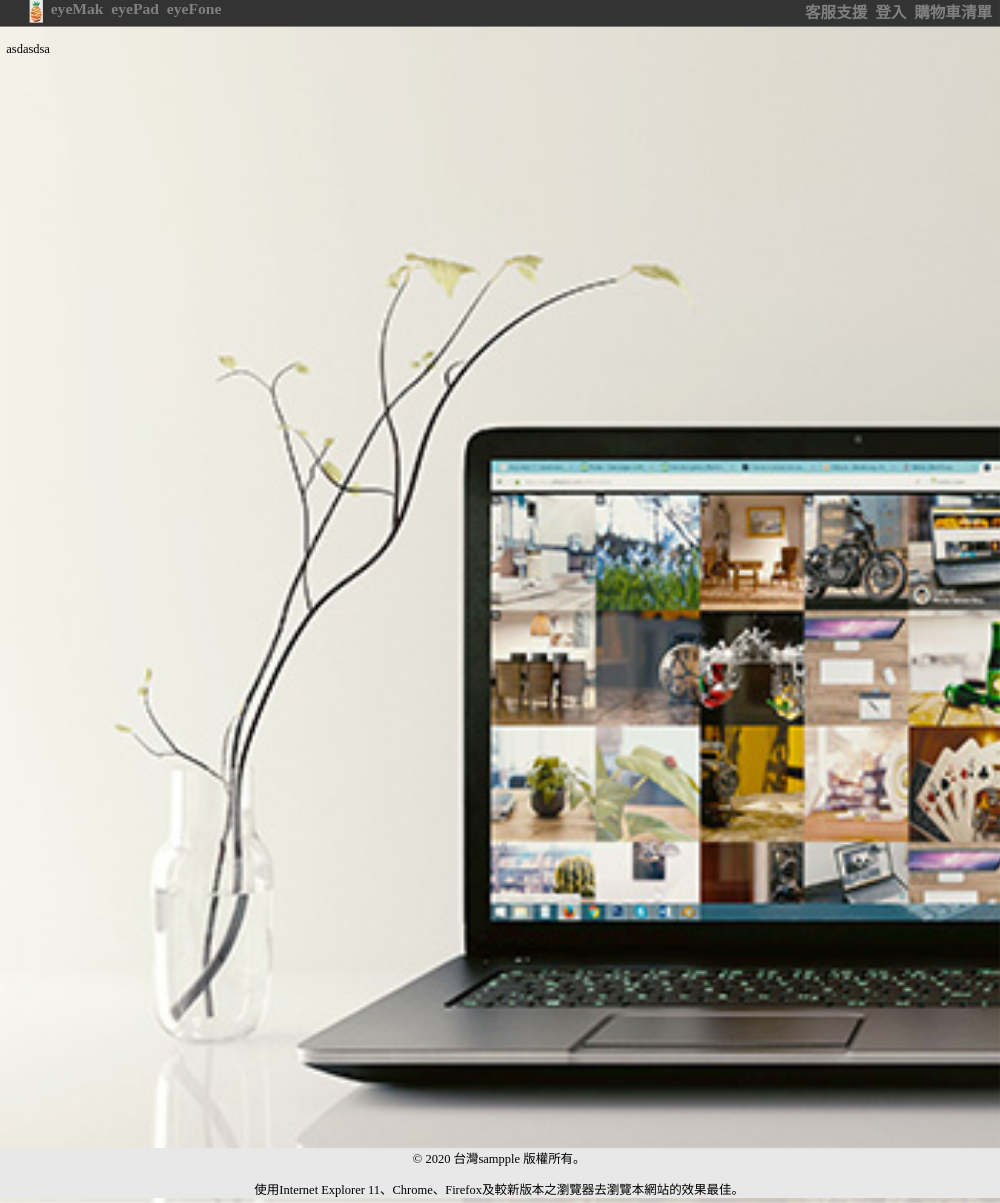
Repository: Vincent4142/NewFinalProject
Page: http://localhost/FinalProject/
The author's editor kept a copy of each file at every save. The page is drawn from the files as they stood at one save, then again after the next save.
The browser window is 1280 px wide. The page is 1282 px wide, so the pictures cover 1282 px, including what lies to the right of the window. The pictures show the whole page, at 78% of full size.
The page is served by Tomcat 9.

Above is the page before, as saved 2020-04-09 05:56:42.

After the next save:
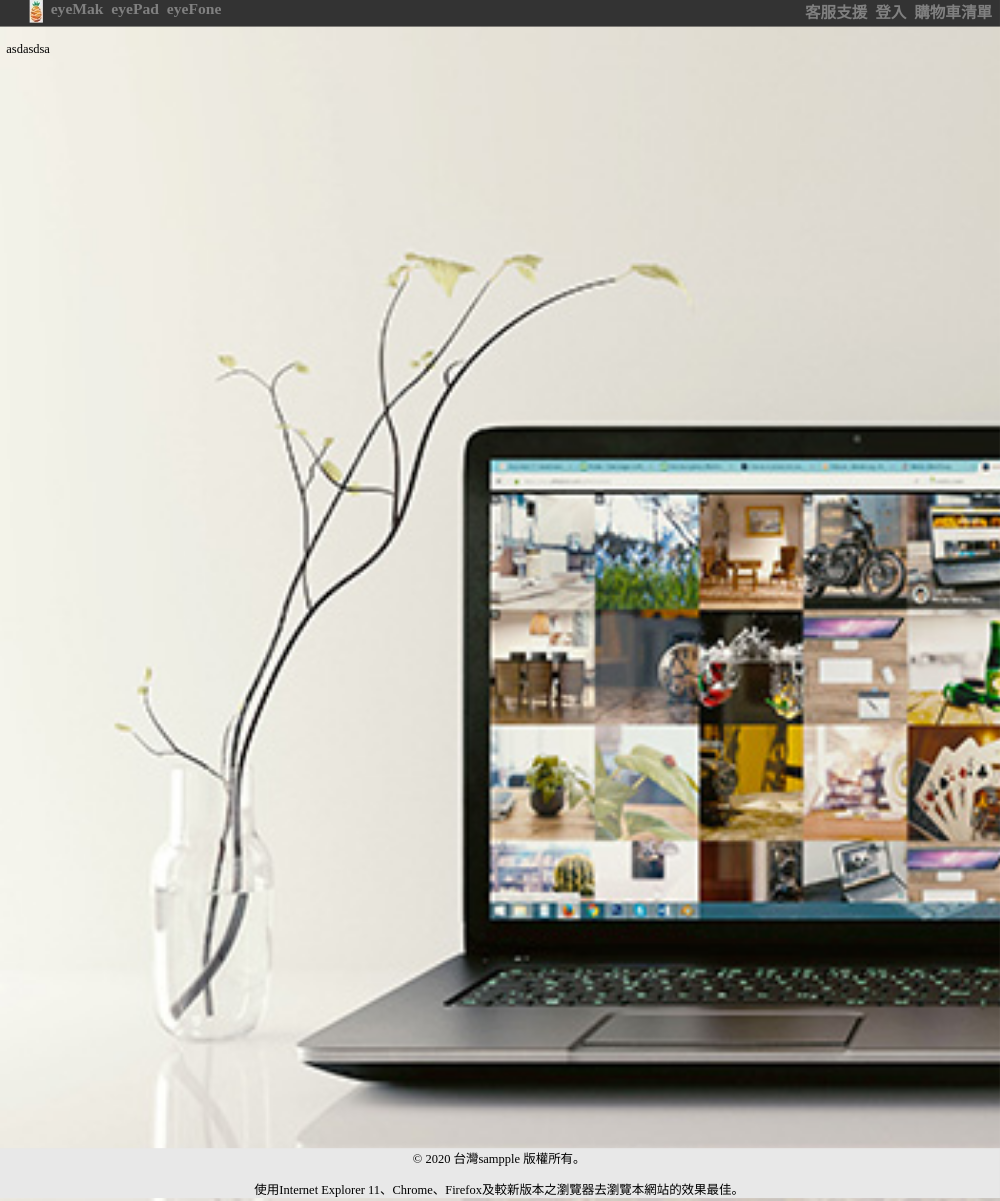
Saved 7 s later.
--- a/FinalProject/WebContent/fragment/indexBOTTOM.jsp
+++ b/FinalProject/WebContent/fragment/indexBOTTOM.jsp
@@ -14,7 +14,7 @@
 		margin-top: 1400px;
   		margin-left: -10px;
 		margin-right: -10px;
-		margin-bottom: -10px;
+		margin-bottom: -12px;
 	}
 
 </style>
